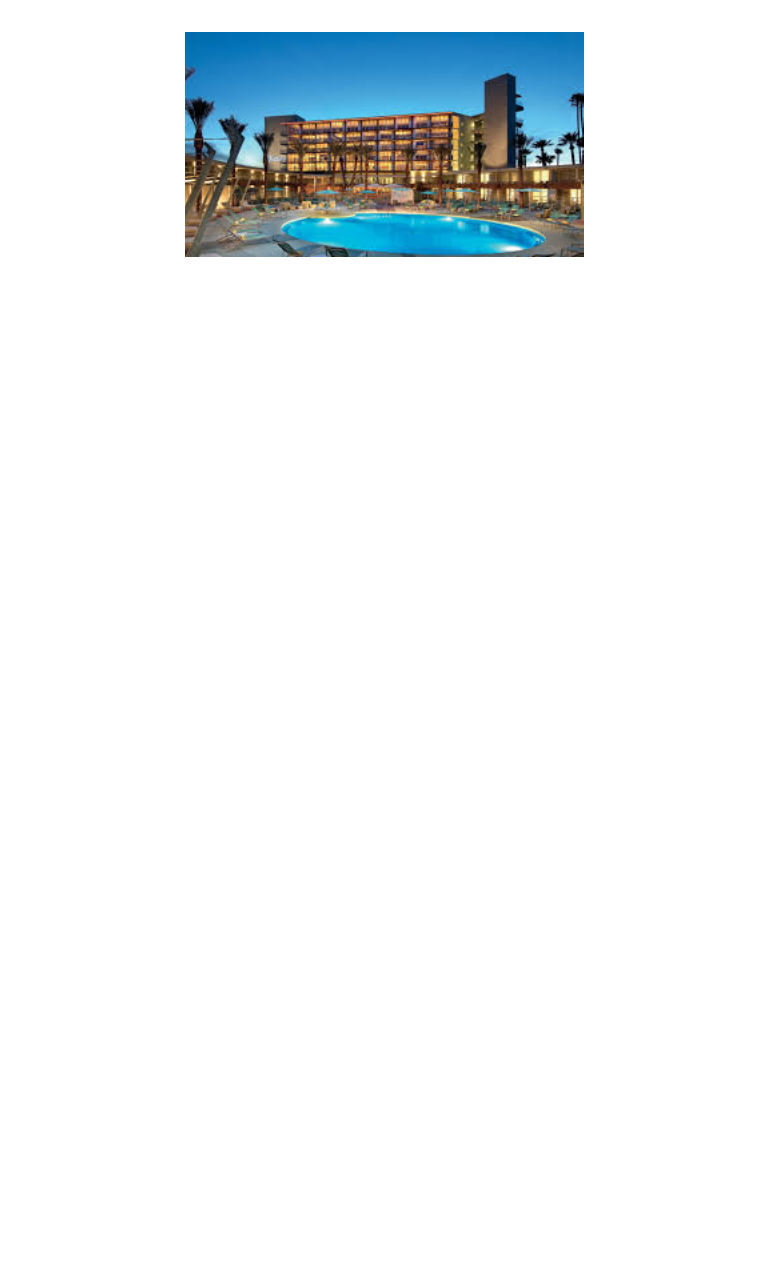
Repository: alyssialui/NCMS
Layout: CodeSprint/HotelLocator/res/layout/activity_details.xml
The author's editor kept a copy of each file at every save. The layout is drawn from the files as they stood at one save, then again after the next save.
It is drawn on a 768 x 1280 px phone screen (xhdpi) without system bars, with theme AppTheme; the app's code is not run.

Above is the layout before, as saved 2013-04-09 02:46:24.

### CodeSprint/HotelLocator/res/layout/activity_details.xml
<RelativeLayout xmlns:android="http://schemas.android.com/apk/res/android"
    xmlns:tools="http://schemas.android.com/tools"
    android:layout_width="match_parent"
    android:layout_height="match_parent"
    android:paddingBottom="@dimen/activity_vertical_margin"
    android:paddingLeft="@dimen/activity_horizontal_margin"
    android:paddingRight="@dimen/activity_horizontal_margin"
    android:paddingTop="@dimen/activity_vertical_margin"
    tools:context=".DetailsFragment" >

    <ImageView
        android:id="@+id/imageView1"
        android:layout_width="match_parent"
        android:layout_height="wrap_content"
        android:layout_alignParentLeft="true"
        android:layout_alignParentTop="true"
        android:src="@drawable/images" />

    <TextView
        android:id="@+id/textView1"
        android:layout_width="match_parent"
        android:layout_height="wrap_content"
        android:layout_below="@+id/imageView1"
        android:layout_marginTop="15dp"/>

</RelativeLayout>

Loaded but not shown: CodeSprint/HotelLocator/res/values/styles.xml (common file); CodeSprint/HotelLocator/res/values-v11/styles.xml (common file); CodeSprint/HotelLocator/res/values-v14/styles.xml (common file); CodeSprint/HotelLocator/res/values/dimens.xml (common file)

After the next save:
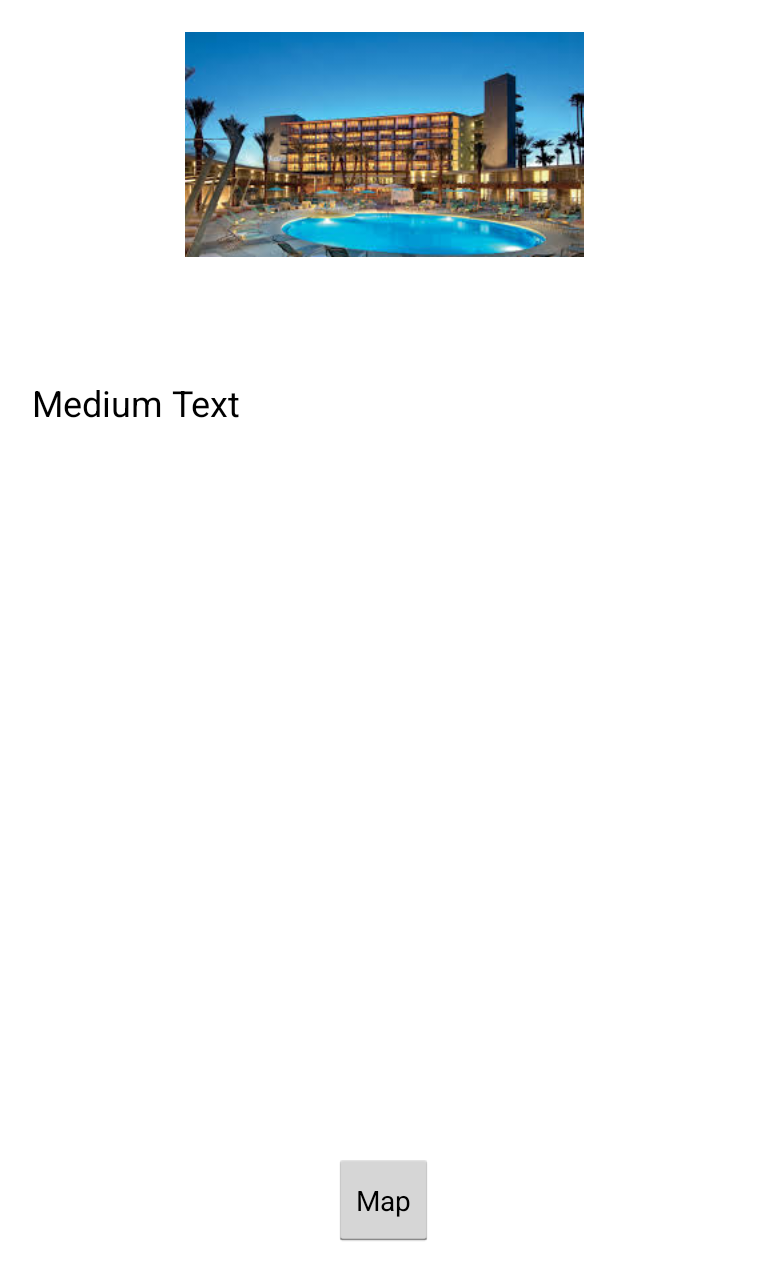
Saved 7 min 12 s later.
--- a/CodeSprint/HotelLocator/res/layout/activity_details.xml
+++ b/CodeSprint/HotelLocator/res/layout/activity_details.xml
@@ -17,10 +17,29 @@
         android:src="@drawable/images" />
 
     <TextView
-        android:id="@+id/textView1"
+        android:id="@+id/hotelName"
         android:layout_width="match_parent"
         android:layout_height="wrap_content"
         android:layout_below="@+id/imageView1"
-        android:layout_marginTop="15dp"/>
+        android:layout_marginTop="10dp"
+        android:textSize = "15sp"/>
+
+    <TextView
+        android:id="@+id/hotelDescription"
+        android:layout_width="match_parent"
+        android:layout_height="wrap_content"
+        android:layout_below="@+id/hotelName"
+        android:layout_marginTop="30dp"
+        android:text="Medium Text"
+        android:textAppearance="?android:attr/textAppearanceMedium" />
+
+    <Button
+        android:id="@+id/mapButton"
+        style="?android:attr/buttonStyleSmall"
+        android:layout_width="wrap_content"
+        android:layout_height="wrap_content"
+        android:layout_alignParentBottom="true"
+        android:layout_centerHorizontal="true"
+        android:text="Map" />
 
 </RelativeLayout>
